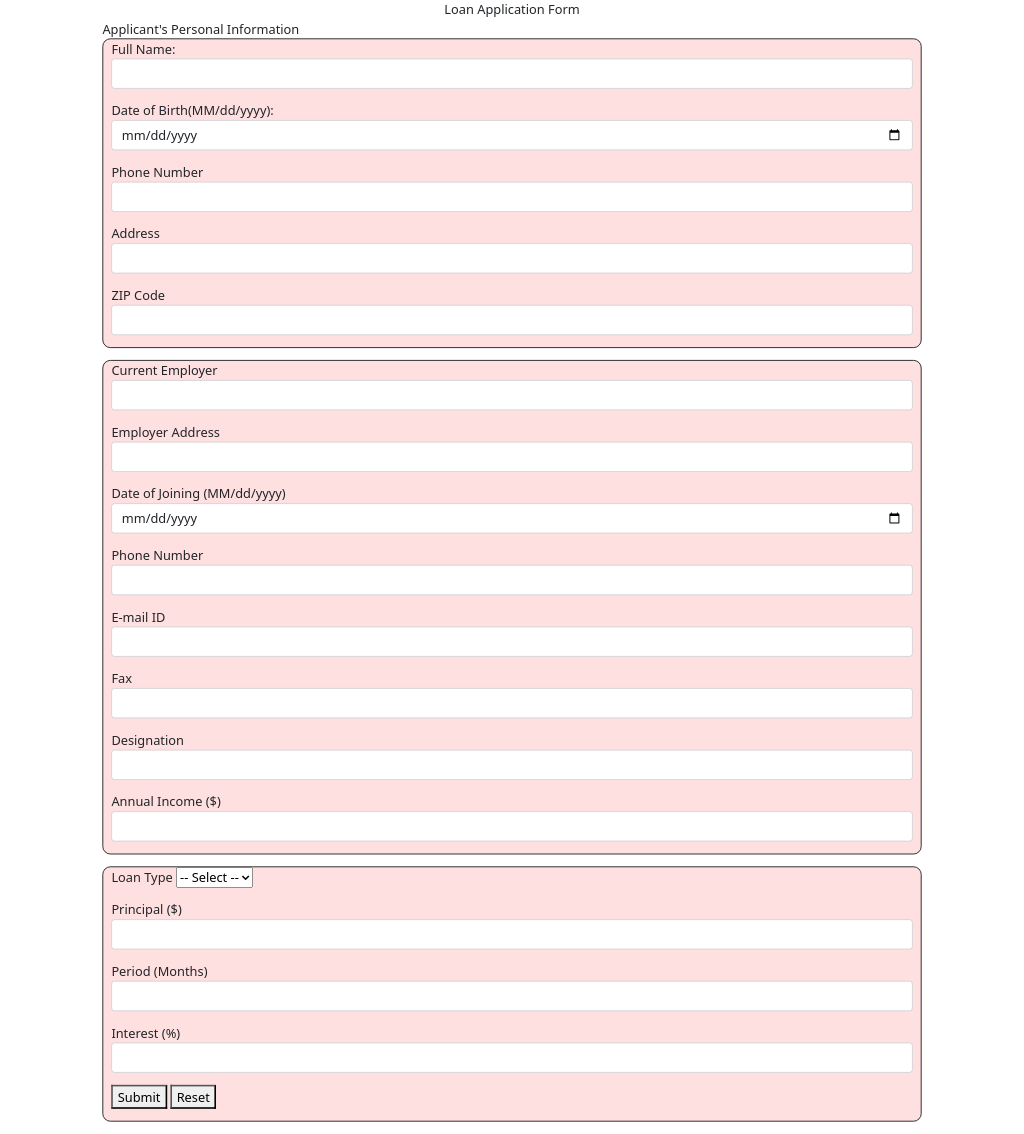
Repository: AnhDuc0125/HTML-Aptech
Page: bt2024/index.html
These files come from the project's save history. The page is drawn as it stood at one moment and after the next save; the edit follows.
The browser window is 1280 px wide. The pictures show the whole page, at 80% of full size.

Above is the page before, as saved 2021-12-25 14:18:39.

After the next save:
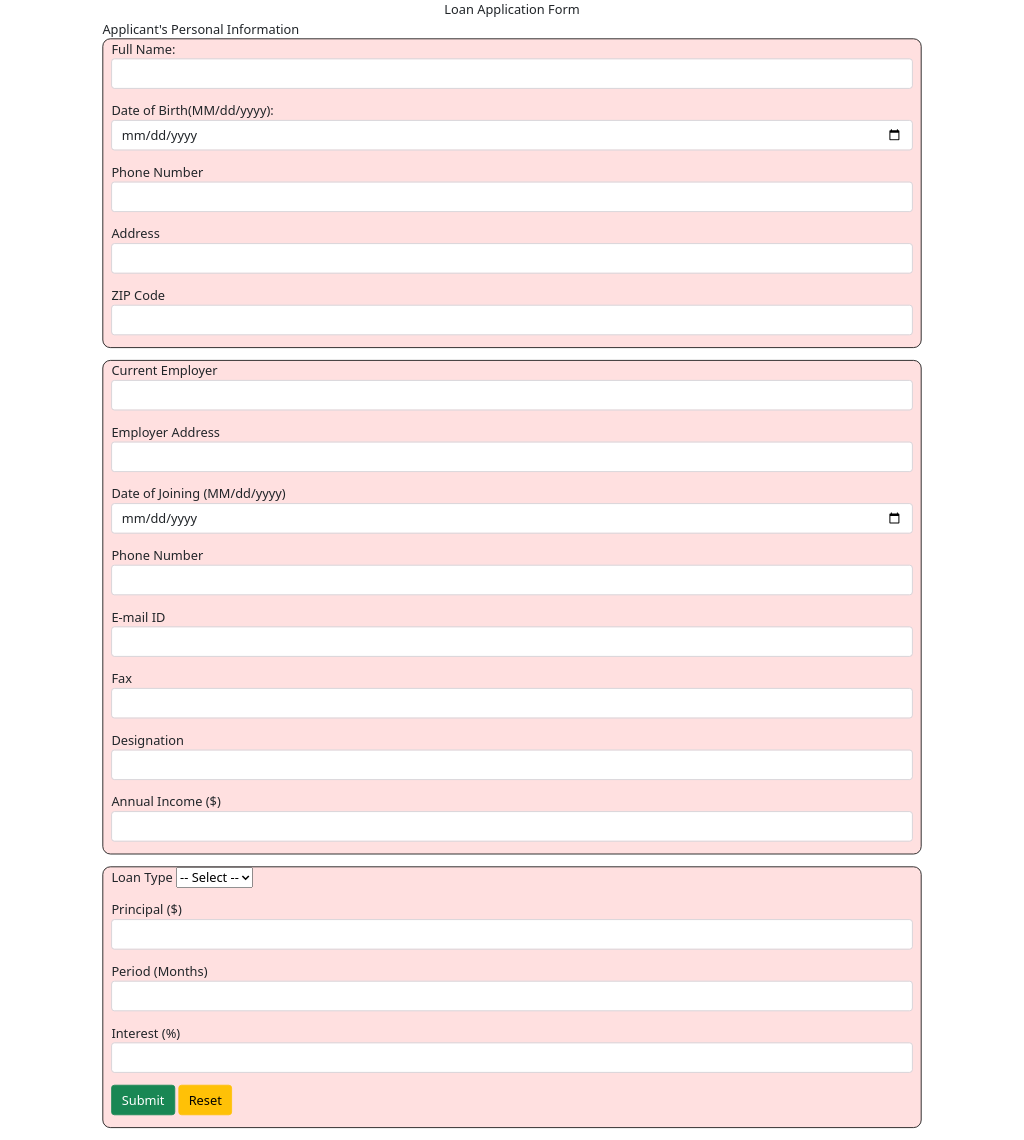
Saved 29 s later.
--- a/bt2024/index.html
+++ b/bt2024/index.html
@@ -98,8 +98,8 @@
                 <input type="number" class="form-control">
             </div>
             <div class="form-group">
-                <button type="submit">Submit</button>
-                <button type="reset" >Reset</button>
+                <button class="btn btn-success" type="submit">Submit</button>
+                <button class="btn btn-warning" type="reset" >Reset</button>
             </div>
         </form>
     </main>
